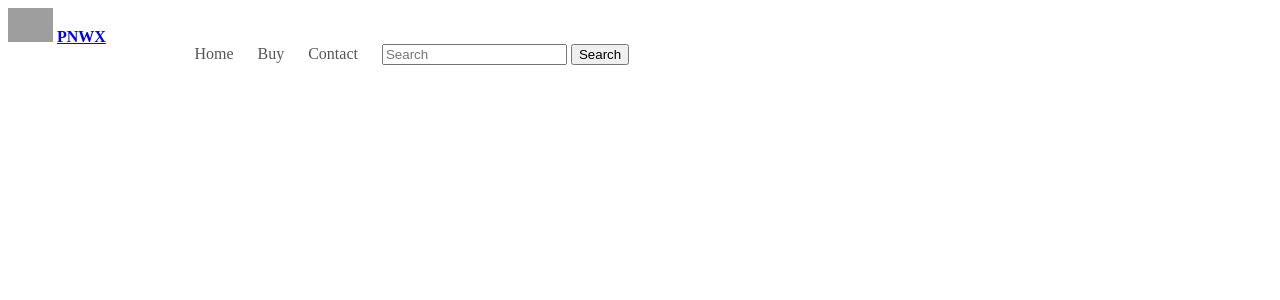
Repository: meiming24/meiming24.github.io
Page: index.html
An editor plug-in stored every save of this project. The page is shown before and after the next save, followed by the edit.
The browser window is 1280 px wide. The pictures show the whole page.
Pictures or frames that could not be fetched are drawn as grey boxes.

Above is the page before, as saved 2022-05-09 17:06:03.

### index.html
<!DOCTYPE html>
<html lang="en">
<head>
    <meta charset="UTF-8">
    <meta http-equiv="X-UA-Compatible" content="IE=edge">
    <meta name="viewport" content="width=device-width, initial-scale=1.0">
    <title>Pacific Northwest X-Ray</title>
    <link rel="stylesheet" href="index.css" />
</head>
<body>
    <div class="container">

        <div class="logo">
            <img src="https://i.postimg.cc/hG3zmBz9/xray.png" alt="logo">
            <a href="#">PNWX</a>

        </div>

        <div class="nav-bar">
            <nav>
                <ul>
                    <li>
                        <a href="#">Home</a>
                    </li>

                    <li>
                        <a href="#">Buy</a>
                    </li>

                    <li>
                        <a href="#">Contact</a>
                    </li>

                    <li>
                        <form class="d-flex">
                            <input type="search" placeholder="Search"/>
                            <button type="submit">Search</button>
                        </form>
                    </li>

                </ul>


            </nav>



        </div>



    </div>

    <div class="content">

        <div class="item">

        </div>

        <div class="item">

        </div>

        <div class="item">

        </div>

    </div>
</body>
</html>

### index.css
.container {
    display: flex;
    flex-flow: row wrap;
}

.container > * {
    padding: 0px;
    margin: 0PX;
    box-sizing: border-box;
}

.logo {
    flex-basis: 10%;
    font-weight: 600;
    text-decoration: none;
}

.logo > img {
    width: 45px;
}

.nav-bar {
    display: flex;
    align-items: center;
    padding: 20px;
}

.nav-bar > nav {
    flex: 100%;
    text-align: left;
}

.nav-bar > nav ul {
    display: inline-block;
    list-style-type: none;
}

.nav-bar > nav ul li{
    display: inline-block;
    margin-right: 20px;
}

.nav-bar > nav ul li a{
    text-decoration: none;
    color: #555;
    border-bottom-style: none;
}

After the next save:
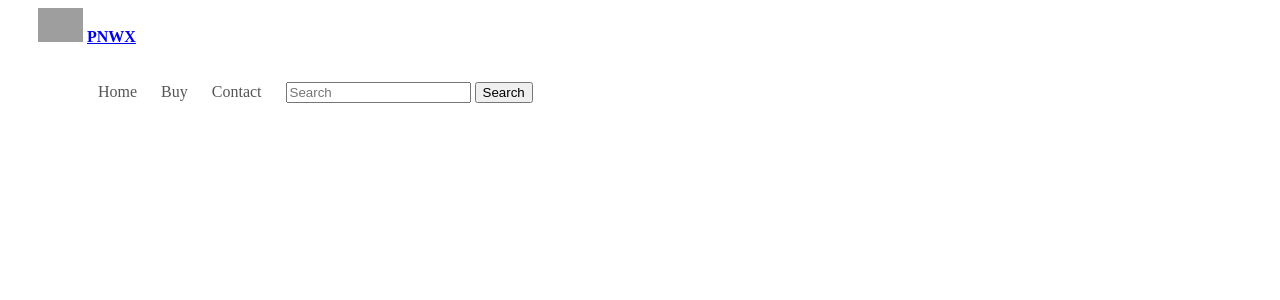
Saved 15 min 35 s later.
--- a/index.css
+++ b/index.css
@@ -1,6 +1,8 @@
 .container {
-    display: flex;
-    flex-flow: row wrap;
+    max-width: 1330px;
+    margin: auto;
+    padding-left: 30px;
+    padding-right: 30px;
 }
 
 .container > * {
